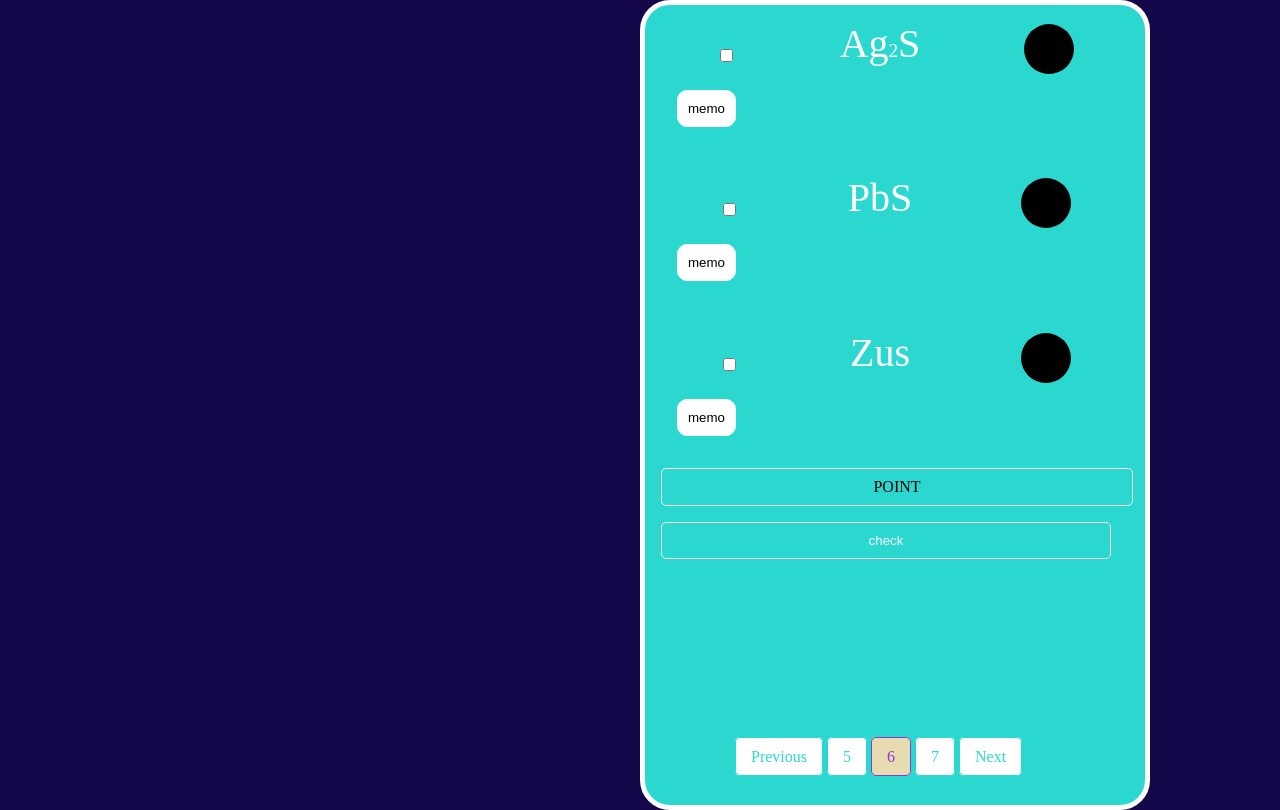
Repository: 1000sky/Inorganic_chemistry_application
Page: http://localhost/index6
These files come from the project's save history. The page is drawn as it stood at one moment and after the next save; the edit follows.
The browser window is 1280 px wide. The pictures show the whole page.
The page is served by the project's Laravel application, run on PHP 8.4 with Laravel 8.

Above is the page before, as saved 2022-07-17 16:04:18.

After the next save:
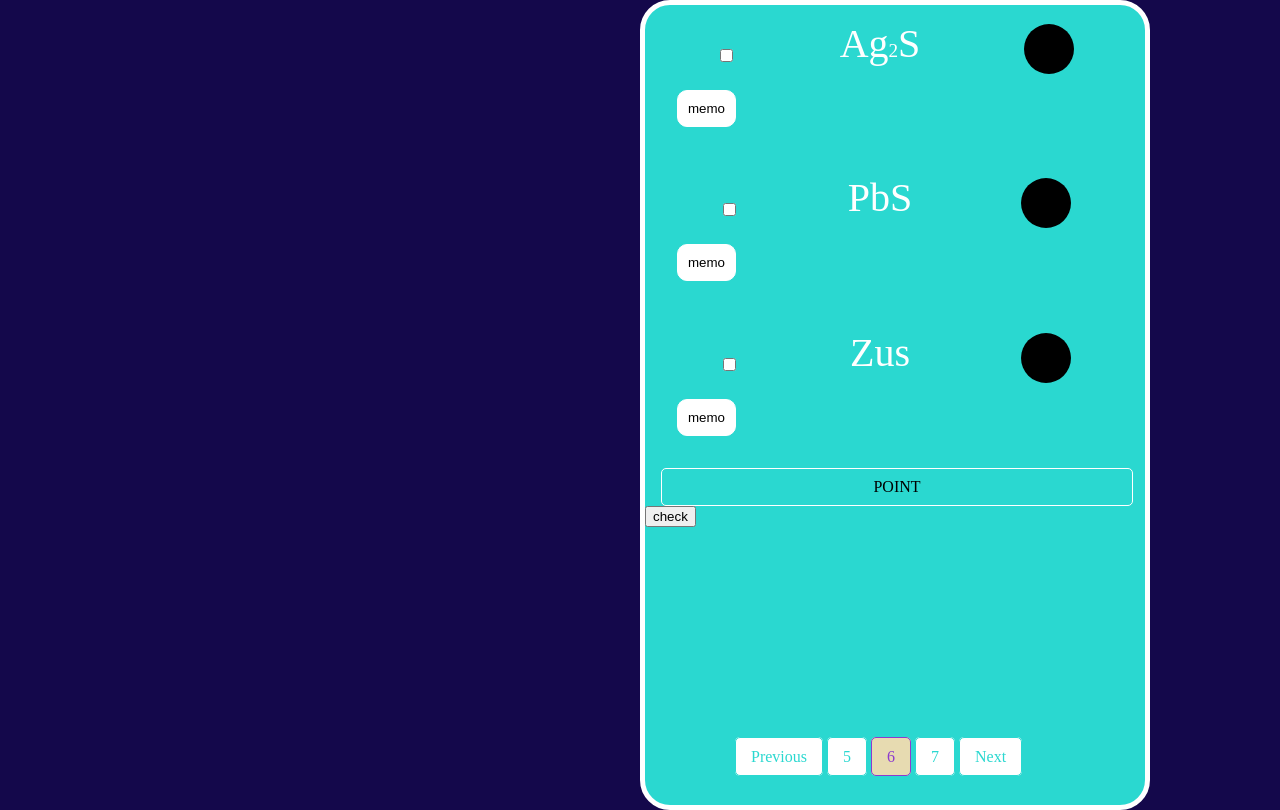
Saved 7 s later.
--- a/application/public/css/index.css
+++ b/application/public/css/index.css
@@ -113,7 +113,7 @@ span {
 }
 
 
-#check {
+.check {
   margin: 1rem ;
   color: white;
   cursor: pointer;
